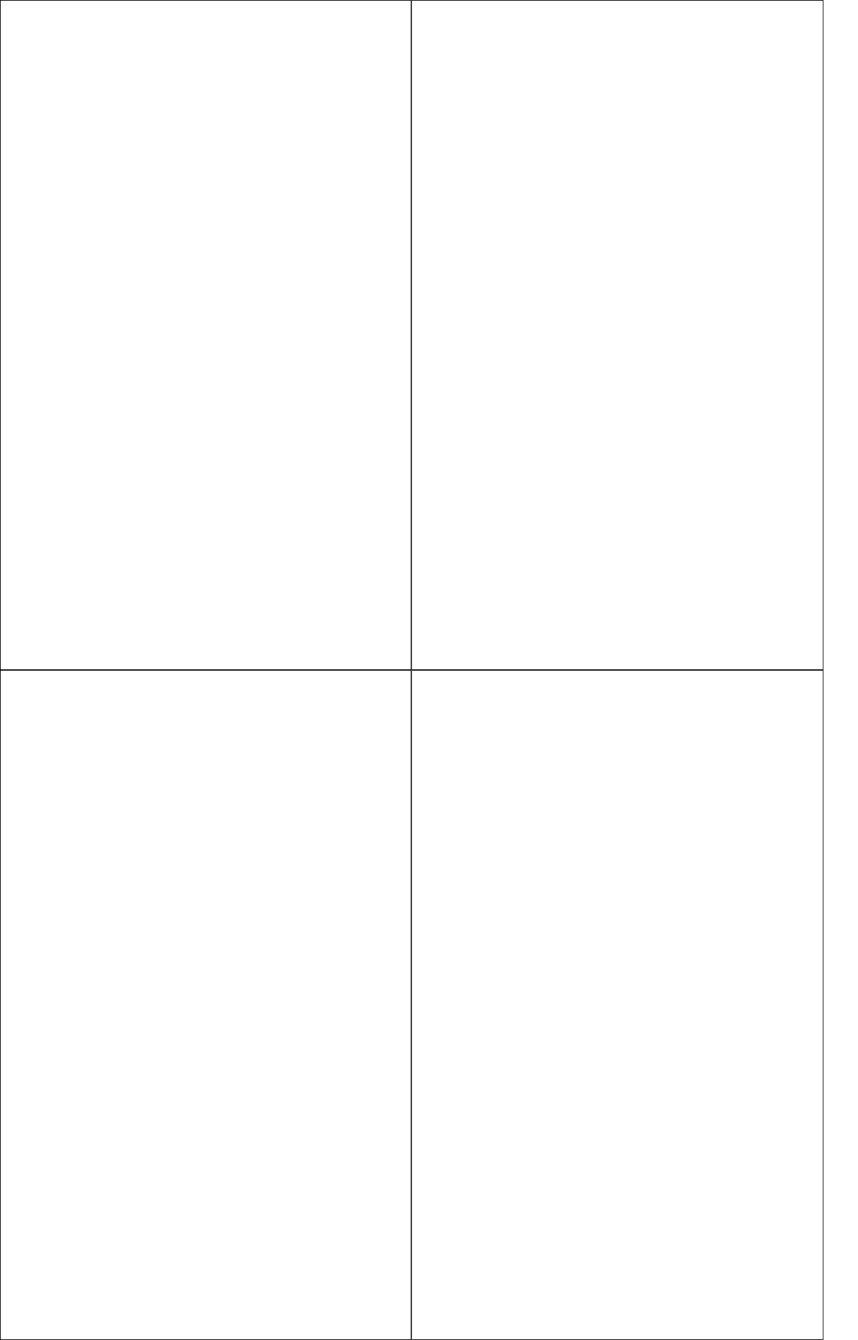
Repository: JavaJin96/kr.or.ddit.HighJava
Page: http://localhost/TeamProjectDCUM/main/mainshow.jsp
These files come from the project's save history. The page is drawn as it stood at one moment and after the next save; the edit follows.
The browser window is 1280 px wide. The pictures show the whole page, at 67% of full size.
The page is served by Tomcat 9.

Above is the page before, as saved 2022-02-15 12:31:37.

After the next save:
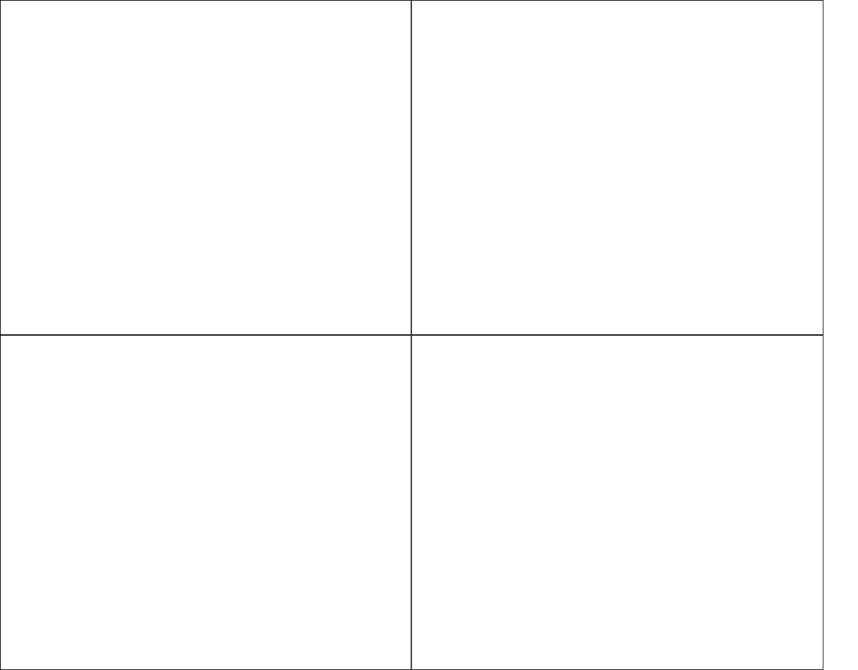
Saved 32 s later.
--- a/3.Highjava/workspace/TeamProjectDCUM/WebContent/main/mainshow.jsp
+++ b/3.Highjava/workspace/TeamProjectDCUM/WebContent/main/mainshow.jsp
@@ -21,13 +21,13 @@
 		display : inline-block;
 		float : left;
 		width : 48%;
-		height : 1000px;
+		height : 500px;
 	}
 	#d3, #d4{
 		display : inline-block;
 		float : left;
 		width : 48%;
-		height : 1000px;
+		height : 500px;
 	}
 </style>
 </head>
